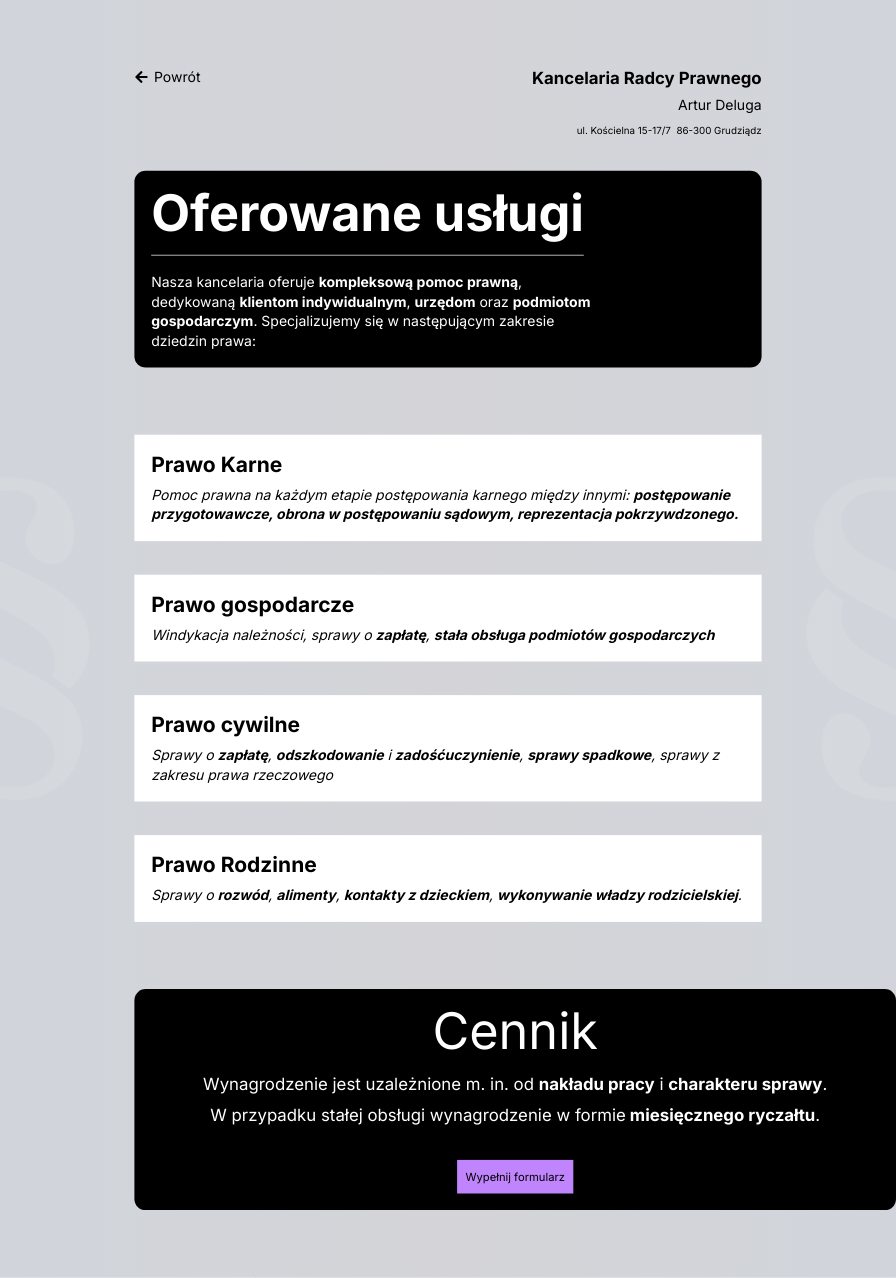
Repository: wesiudev/kancelaria-artur-deluga
Page: /oferta
These files come from the project's save history. The page is drawn as it stood at one moment and after the next save; the edit follows.
The browser window is 1280 px wide. The pictures show the whole page, at 70% of full size.
The project was rebuilt for these pictures with package versions that can differ from the ones it lists, and the page was loaded fresh each time. The framework's server and built-in components were replaced by stand-ins that run in the browser. Also part of the build but not shown: next.config.js.

Above is the page before, as saved 2023-08-09 16:36:14.

After the next save:
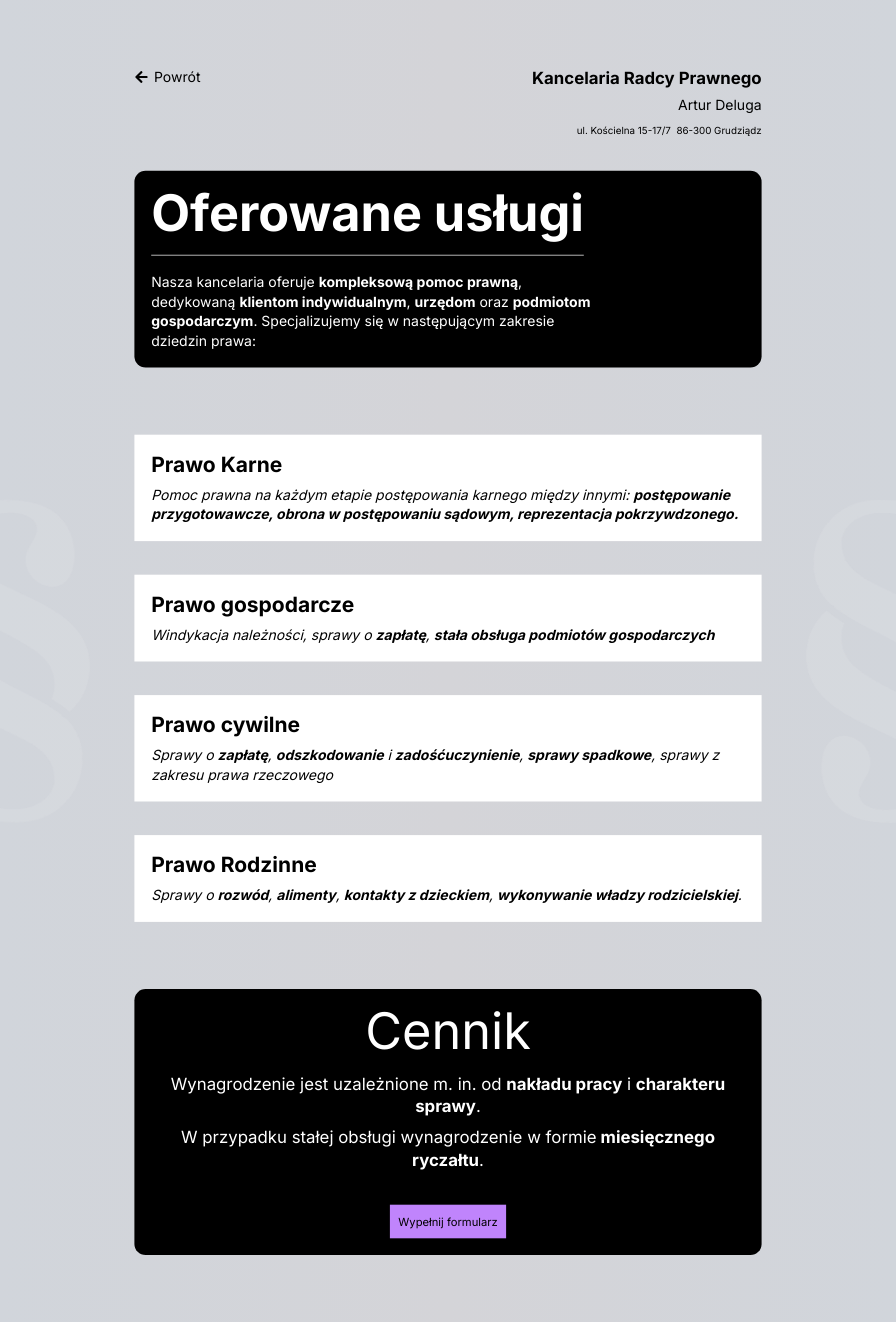
Saved 5 s later.
--- a/app/oferta/page.tsx
+++ b/app/oferta/page.tsx
@@ -144,7 +144,7 @@ export default function OfferMobile() {
               </p>
             </div>
           </div>
-          <div className="text-white flex flex-col h-max my-auto px-3 lg:px-12  text-center relative w-[85vw] mt-12  lg:mx-auto lg:mt-24 bg-black  lg:py-6 rounded-2xl">
+          <div className="text-white flex flex-col h-max my-auto px-3 lg:px-12  text-center relative w-full mt-12  lg:mx-auto lg:mt-24 bg-black  lg:py-6 rounded-2xl">
             <h1 className="text-5xl lg:text-7xl ">Cennik</h1>
             <p className="mt-6 text-base lg:text-2xl">
               Wynagrodzenie jest uzależnione m. in. od{" "}
